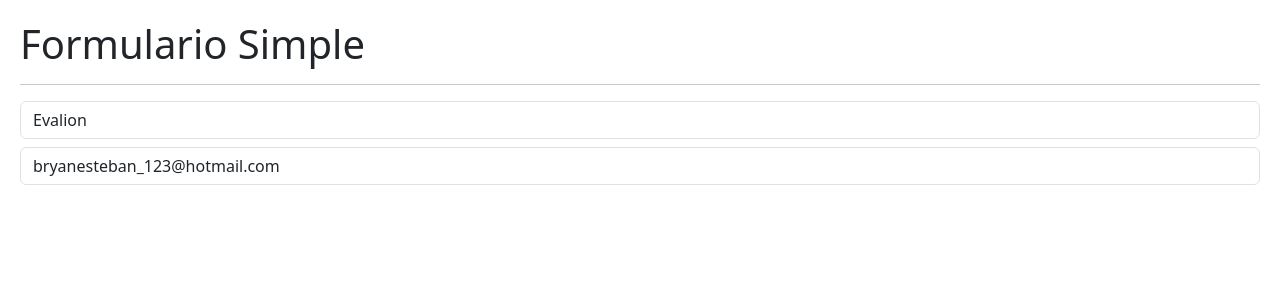
Repository: bryanesteban/hooks-App
Page: /
An editor plug-in stored every save of this project. The page is shown before and after the next save, followed by the edit.
The browser window is 1280 px wide. The pictures show the whole page.
The project was rebuilt for these pictures with package versions that can differ from the ones it lists, and the page was loaded fresh each time. Also part of the build but not shown: vite.config.js, src/HooksApp.jsx, src/01-useState/CounterApp.jsx, src/01-useState/useCounter.jsx, src/01-useState/CounterWithCustomHook.jsx.

Above is the page before, as saved 2024-06-27 09:40:48.

### src/main.jsx
import React from 'react'
import ReactDOM from 'react-dom/client'
import './index.css'
import { HooksApp } from './HooksApp'
import { CounterApp } from './01-useState/CounterApp'
import { CounterWithCustomHook } from './01-useState/CounterWithCustomHook'
import { SimpleForm } from './02-useEffect/SimpleForm'

ReactDOM.createRoot(document.getElementById('root')).render(
  <React.StrictMode>
    <SimpleForm />
  </React.StrictMode>
)

### src/02-useEffect/SimpleForm.jsx


import React, { useEffect, useState } from 'react'

export const SimpleForm = () => {

    const [formState, setFormState] = useState({
        username:'Evalion',
        email: 'bryanesteban_123@hotmail.com',
    });

    const { username, email } = formState;

    const onInputChange = ({target}) => {
        const { name, value } = target;
        setFormState({
            ...formState,
            [name]:value
        });
    }

    useEffect(() => {
        console.log('useEffect called!');
    },[]);

    useEffect(() => {
        console.log('useEffect called!');
    },[email]);


return (

    <>
        <h1>Formulario Simple</h1>
        <hr/>

        <input
            type="text"
            className="form-control"
            placeholder="Username"
            name="username"
            value={ username }
            onChange={ onInputChange }
        />

        <input
            type="email"
            className="form-control mt-2"
            placeholder="bryan@correo.com"
            name="email"
            value={ email }
            onChange={ onInputChange }
        />



    </>
  )
}

### src/02-useEffect/Message.jsx

export const Message = () => {
    return (
    <>
        <h3> Usuario ya existe</h3>

    </>
  )
}

Loaded but not shown: index.html (common file); src/index.css (common file)

After the next save:
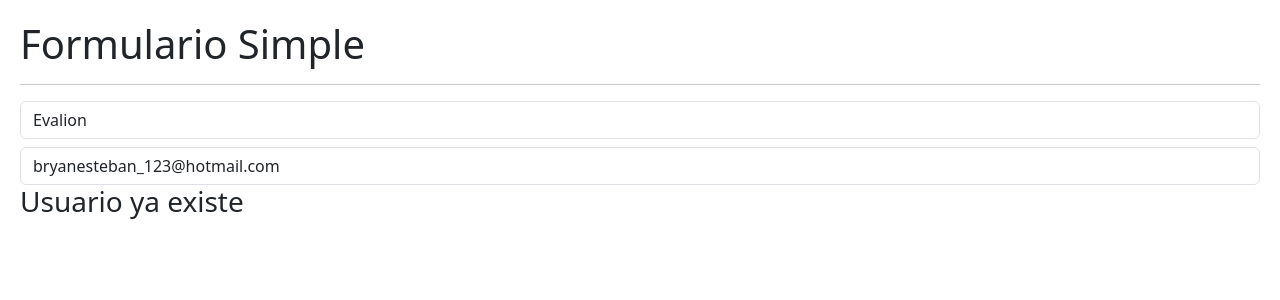
Saved 45 s later.
--- a/src/02-useEffect/SimpleForm.jsx
+++ b/src/02-useEffect/SimpleForm.jsx
@@ -1,6 +1,7 @@
 
 
 import React, { useEffect, useState } from 'react'
+import { Message } from './Message';
 
 export const SimpleForm = () => {
 
@@ -28,6 +29,8 @@
     },[email]);
 
 
+
+
 return (
 
     <>
@@ -52,7 +55,7 @@
             onChange={ onInputChange }
         />
 
-
+        <Message></Message>
 
     </>
   )

After the save that followed:
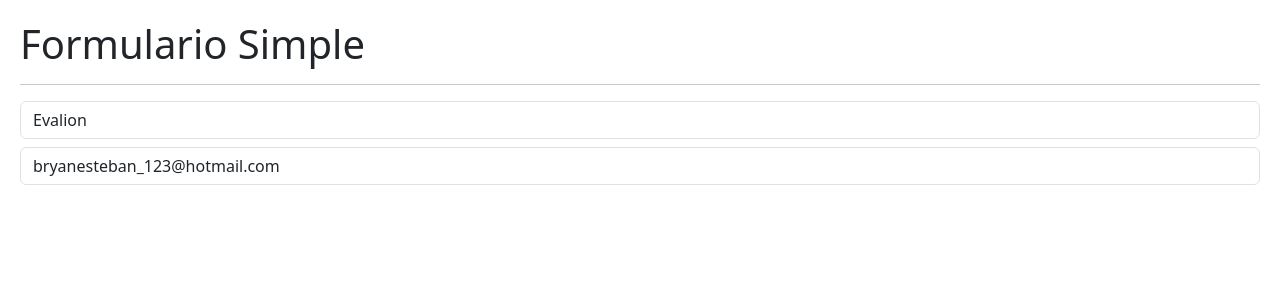
Saved 2 min 8 s later.
--- a/src/02-useEffect/SimpleForm.jsx
+++ b/src/02-useEffect/SimpleForm.jsx
@@ -55,7 +55,10 @@
             onChange={ onInputChange }
         />
 
-        <Message></Message>
+        {
+            (username === 'Evalion2') && <Message></Message>
+        }
+
 
     </>
   )
